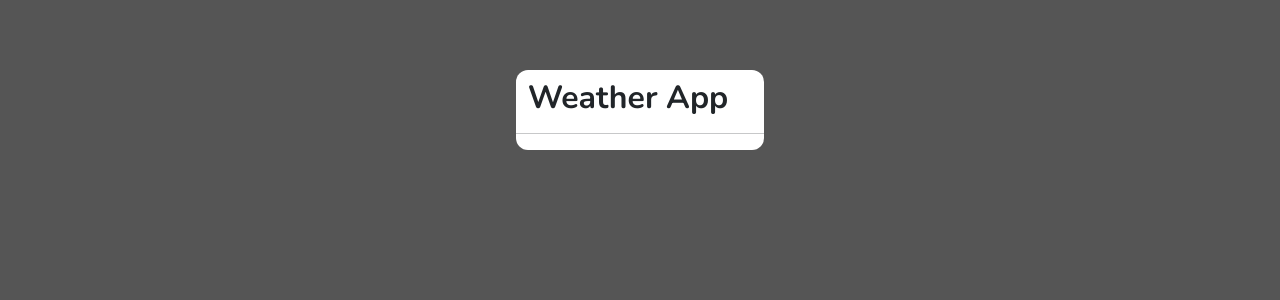
Repository: youssef168/Weather-App
Page: index.htm
These files come from the project's save history. The page is drawn as it stood at one moment and after the next save; the edit follows.
The browser window is 1280 px wide. The pictures show the whole page.

Above is the page before, as saved 2021-12-28 20:54:45.

### index.htm
<!DOCTYPE html>
<html lang="en">
<head>
    <meta charset="UTF-8">
    <meta http-equiv="X-UA-Compatible" content="IE=edge">
    <meta name="viewport" content="width=device-width, initial-scale=1.0">
    <link href="https://cdn.jsdelivr.net/npm/bootstrap@5.1.3/dist/css/bootstrap.min.css" rel="stylesheet" integrity="sha384-1BmE4kWBq78iYhFldvKuhfTAU6auU8tT94WrHftjDbrCEXSU1oBoqyl2QvZ6jIW3" crossorigin="anonymous">
    <link rel="preconnect" href="https://fonts.googleapis.com">
    <link rel="preconnect" href="https://fonts.gstatic.com" crossorigin>
    <link href="https://fonts.googleapis.com/css2?family=Nunito:ital,wght@0,300;0,500;0,600;0,700;0,900;1,200;1,300;1,400;1,500;1,700&family=Work+Sans:ital,wght@1,400;1,600&display=swap" rel="stylesheet">
    <link rel="stylesheet" href="./style.css">
    <link href='https://unpkg.com/boxicons@2.1.1/css/boxicons.min.css' rel='stylesheet'>

    <title>Document</title>
</head>
<body>
    <div class="container">
        <div class='row super'>
            <h2>Weather App</h2>
            <hr>
          <div class='col '>
              <div class="wearher-img">
                  <img class="w-100" src="./Umbrella-rafiki.svg" alt="">
              </div>
              <div class="weather-details">
                  <span class="degree">18</span>
                  <span class="sign">°</span>
                  <span class="sign-2">
                    C
                  </span>
                  <h4>Broken Cold</h4>
              </div>
              <div class="location">
                <i class='bx bx-map-alt'></i>
                <span>Shubra,Cairo</span>
              </div>
              <div class="detail-box">
                  <div class="column fellLike">
                      <i class='bx bxs-thermometer'></i>
                      <div class="innerFeild "></
                        <span class="degree-2">18°C</span>

                        <div>Feels like</div>
                    </div>
                  </div>
                  <div class="column Humidity">
                    <i class='bx bxs-droplet'></i>
                    <div class="innerFeild">
                        <span class="degree-2">
                            63%</span>
                            <h6>Humidity</h6>
                    </div>
                  </div>
              </div>
          </div>
    </div>

    <div class="col super-x">
        <div class="input">
            <input type="text">
        </div>
    </div>

    <script src="./script.js"></script>
    <script src="https://cdn.jsdelivr.net/npm/bootstrap@5.1.3/dist/js/bootstrap.bundle.min.js" integrity="sha384-ka7Sk0Gln4gmtz2MlQnikT1wXgYsOg+OMhuP+IlRH9sENBO0LRn5q+8nbTov4+1p" crossorigin="anonymous"></script>
</body>
</html>

### style.css
/* Start Global Rules */
body {
    font-family: 'Nunito', sans-serif;
    background: #555

}



.super {
    margin: auto;
    margin-top: 70px;
    width: fit-content;
    background: #fff;
    border-radius: 12px;
    /* background-image: url('./blob.svg');
    background-repeat: no-repeat;
    background-size: covere; */
}

/* end Global Rules */

h2 {
    font-weight: bold !important;
    /* font-size: 3.6rem !important; */
    line-height: 55px ;
}

.container {
    padding: 0;
}

.wearher-img {
    width: 330px;
}

.col {
    padding: 15px;
    display: flex ;
    flex-direction: column;
    justify-content: center;
    align-items: center;
    margin: auto;
    display: none;
}

.col.active {
    display: flex;
}

.weather-details {
    font-size: 60px;
    font-weight: bold;
}

.sign {
    margin-left: -5px;
}

.weatherStatus {
    font-weight: bolder;
    font-size: 1.8rem;
    text-align: center;
    margin: auto;
}

.location {
    font-size: 1.4rem;
    display: flex;
    align-items: center;
    background-color: #407BFF;
    padding: 5px 13px;
    color: #fff;
    border-radius: 8px;
    justify-content:center;
    margin-bottom: 15px;
}

.location .bx-map-alt {
    margin-right: 8px;
}

.detail-box {
    display: flex;
    border-top: 1px solid #ccc;
    width: 100%;
    justify-content: space-between;
}

.detail-box .column {
    width: 100%;
    display: flex;
    justify-content: center;
    padding: 16px 0 0;
}

.innerFeild {
    display: flex;
    flex-direction: column;
}

.column i {
    margin-top: 5px;
    font-size: 40px;
}

Loaded but not shown: script.js (no copy from this time; the picture is the same without it)

After the next save:
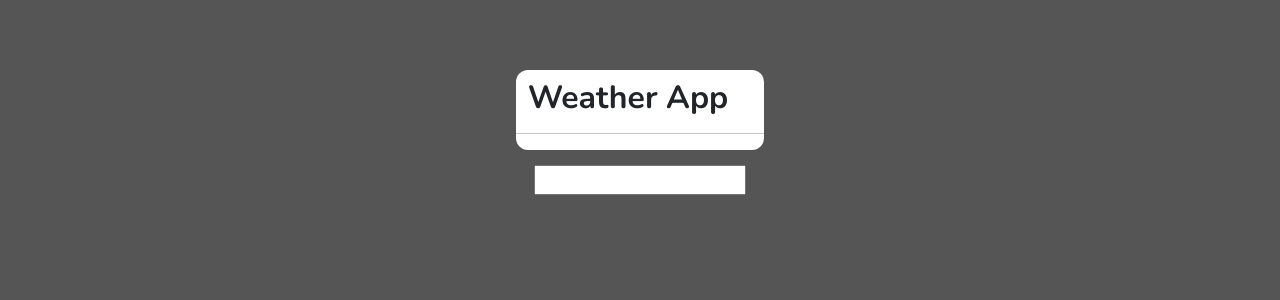
Saved 25 s later.
--- a/style.css
+++ b/style.css
@@ -40,12 +40,19 @@
     flex-direction: column;
     justify-content: center;
     align-items: center;
-    margin: auto;
     display: none;
 }
 
 .col.active {
     display: flex;
+}
+
+.super-x {
+    padding: 15px;
+    display: flex ;
+    flex-direction: column;
+    justify-content: center;
+    align-items: center;
 }
 
 .weather-details {

After the 2 saves that followed:
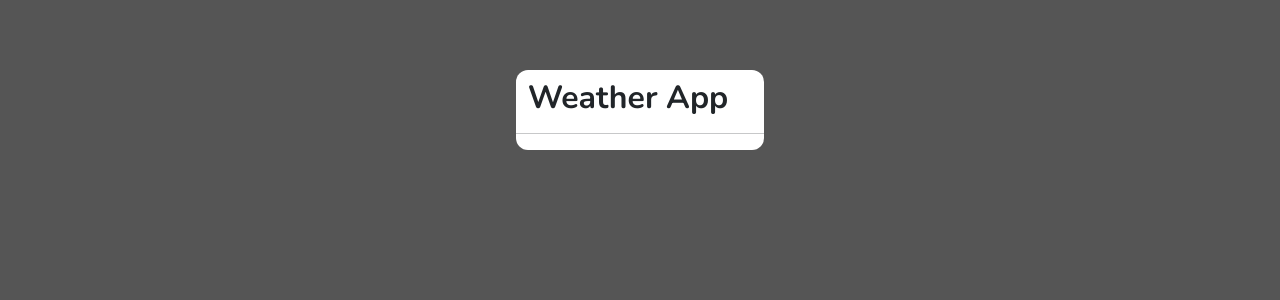
The 2 saves are shown as one change because 1 left the picture as it was.
The last was saved 18 s later.
--- a/index.htm
+++ b/index.htm
@@ -52,14 +52,14 @@
                     </div>
                   </div>
               </div>
+              <div class="col super-x">
+                  <div class="input">
+                      <input type="text">
+                  </div>
+              </div>
           </div>
     </div>
 
-    <div class="col super-x">
-        <div class="input">
-            <input type="text">
-        </div>
-    </div>
 
     <script src="./script.js"></script>
     <script src="https://cdn.jsdelivr.net/npm/bootstrap@5.1.3/dist/js/bootstrap.bundle.min.js" integrity="sha384-ka7Sk0Gln4gmtz2MlQnikT1wXgYsOg+OMhuP+IlRH9sENBO0LRn5q+8nbTov4+1p" crossorigin="anonymous"></script>
--- a/style.css
+++ b/style.css
@@ -47,13 +47,6 @@
     display: flex;
 }
 
-.super-x {
-    padding: 15px;
-    display: flex ;
-    flex-direction: column;
-    justify-content: center;
-    align-items: center;
-}
 
 .weather-details {
     font-size: 60px;
@@ -110,3 +103,11 @@
     margin-top: 5px;
     font-size: 40px;
 }
+
+.super-x {
+    padding: 15px;
+    display: flex ;
+    flex-direction: column;
+    justify-content: center;
+    align-items: center;
+}
